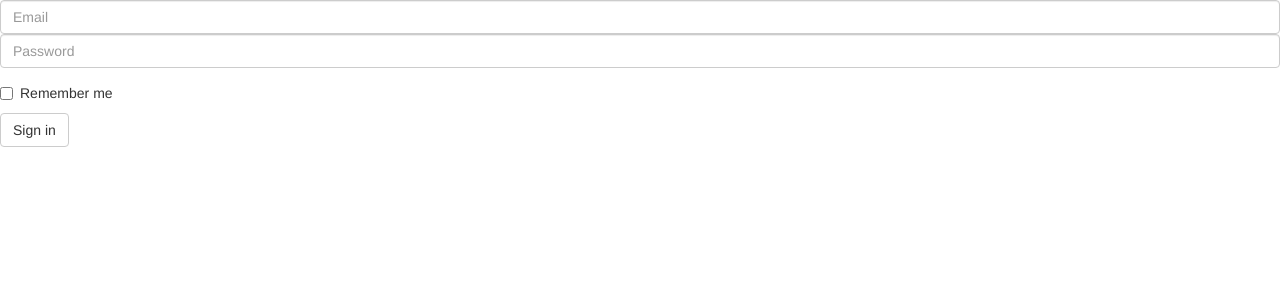
Repository: vaibhavkri/Trendnxt-Projects
Page: bootstrap/Bootstrap– L3 Assignment/Topic 6 HTML Forms/Assignment2.html
An editor plug-in stored every save of this project. The page is shown before and after the next save, followed by the edit.
The browser window is 1280 px wide. The pictures show the whole page.

Above is the page before, as saved 2018-10-23 18:43:40.

After the next save:
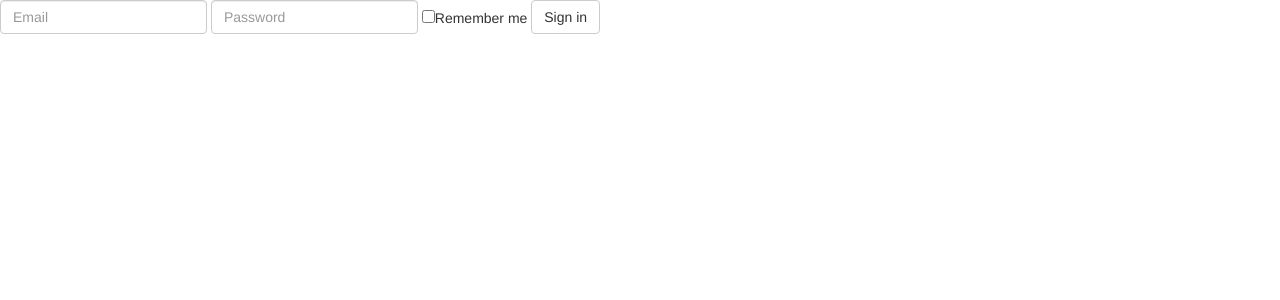
Saved 44 s later.
--- a/bootstrap/Bootstrap– L3 Assignment/Topic 6 HTML Forms/Assignment2.html
+++ b/bootstrap/Bootstrap– L3 Assignment/Topic 6 HTML Forms/Assignment2.html
@@ -17,12 +17,8 @@
 
     <!----The Answer is Output 2-->
 
-    <form class="form
-        -
-        inline">
-        <div class="form
-        -
-        group">
+    <form class="form-inline">
+        <div class="form-group">
             <label class="sr-only" for="emailInput">Email address</label>
             <input type="email" class="form-control" id=" emailInput " placeholder="Email"></div>
         <div class="form-group">
